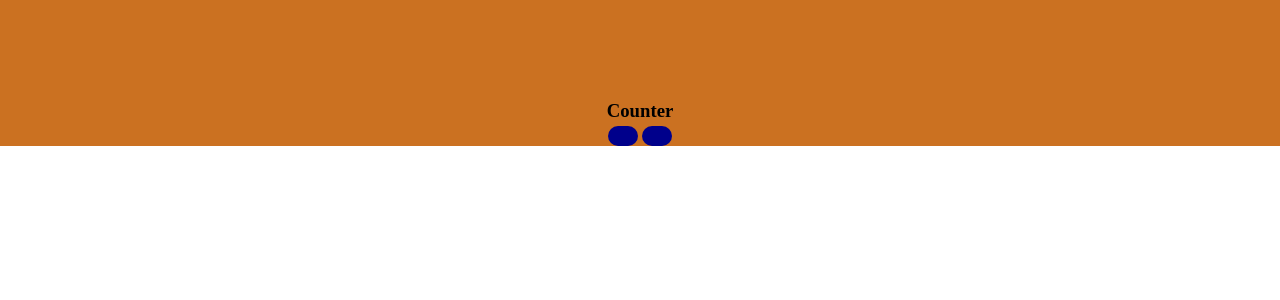
Repository: lusine-tech/counter
Page: index.html
An editor plug-in stored every save of this project. The page is shown before and after a run of saves, followed by the edit.
The browser window is 1280 px wide. The pictures show the whole page.

Above is the page before, as saved 2022-02-14 16:52:52.

After the next 5 saves:
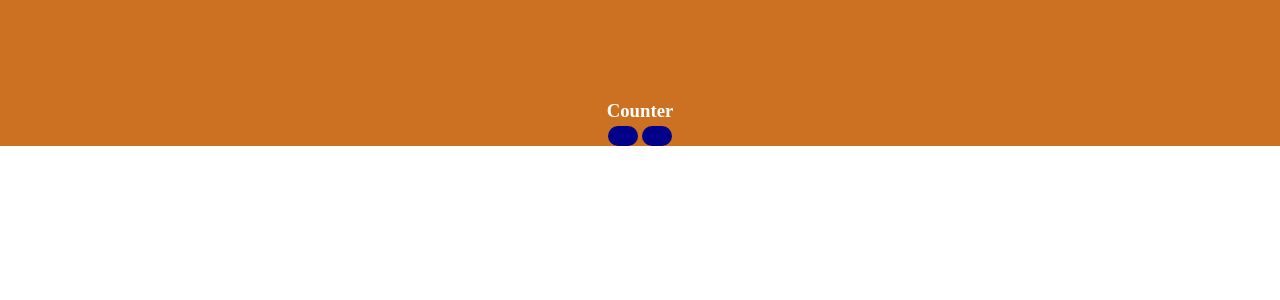
The 5 saves are shown as one change because they came seconds apart.
The last was saved 13 s later.
--- a/style.css
+++ b/style.css
@@ -12,7 +12,7 @@
    padding-top: 100px;
 }
 .title {
-
+    color: #fff
 }
 .num {
     font-size: 56px;
